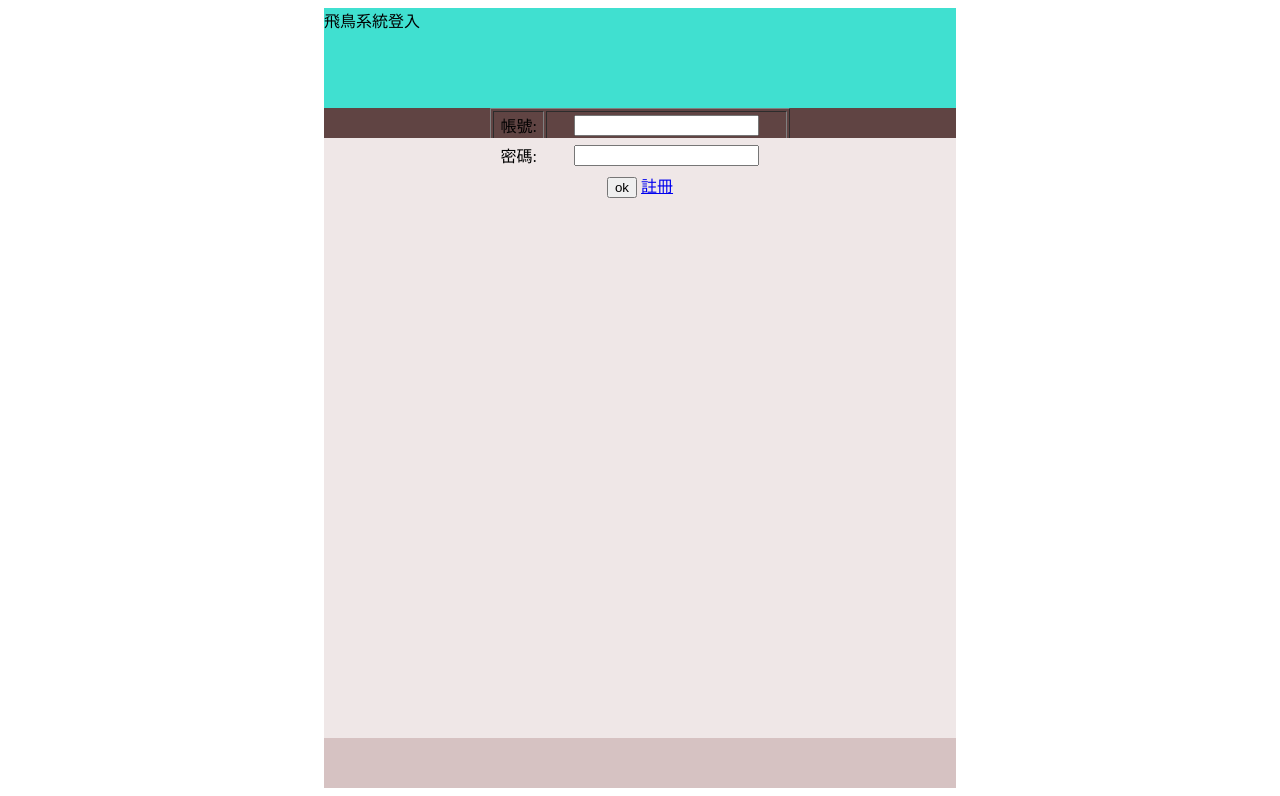
Repository: pride0420/portfolio
Page: Portfolio/1_springBoot/src/main/resources/static/index.html
The author's editor kept a copy of each file at every save. The page is drawn from the files as they stood at one save, then again after the next save.
The browser window is 1280 px wide. The pictures show the whole page.

Above is the page before, as saved 2023-11-30 14:22:12.

After the next save:
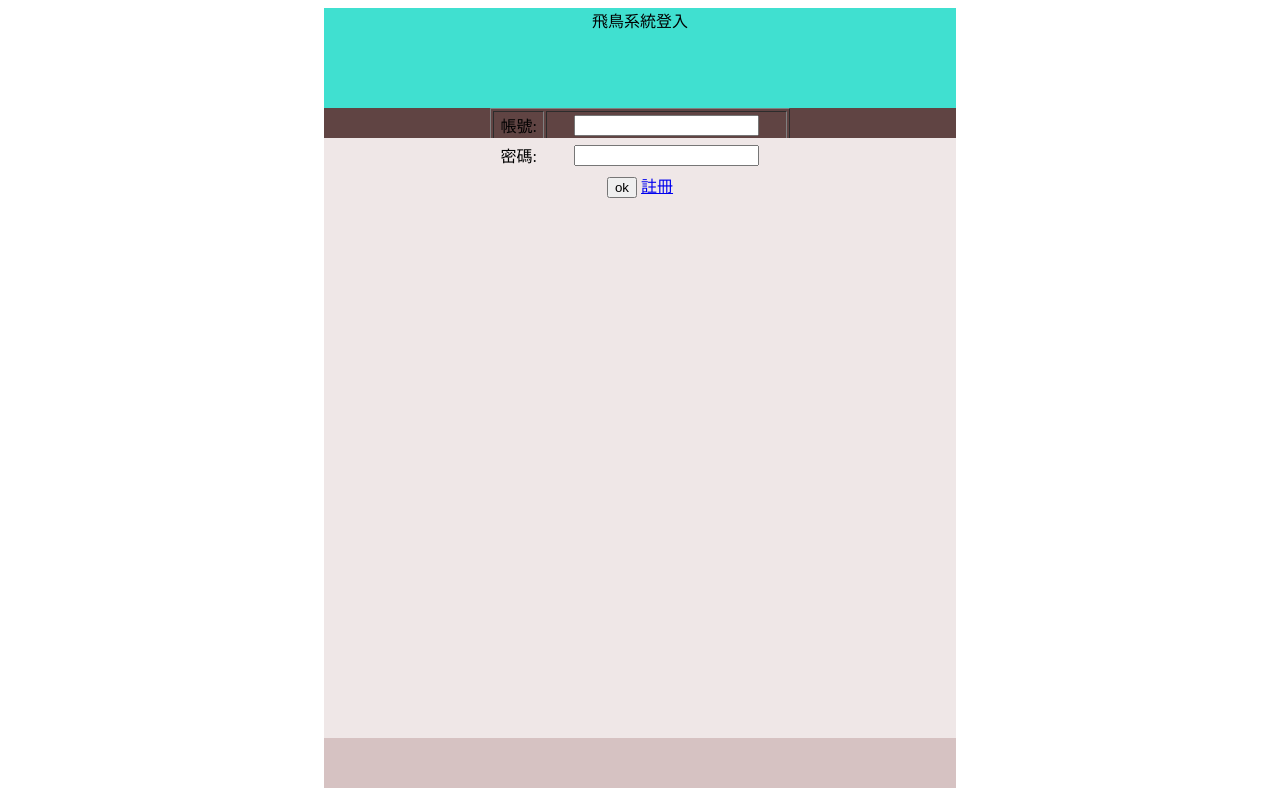
Saved 22 s later.
--- a/Portfolio/1_springBoot/src/main/resources/static/index.html
+++ b/Portfolio/1_springBoot/src/main/resources/static/index.html
@@ -7,7 +7,8 @@
 </head>
 <body>
 <form action="login" method="post">
-<div id="header">飛鳥系統登入</div>
+<div id="header" align="center
+">飛鳥系統登入</div>
 	<div id="navigater"><table align="center" border="1" width=300>
 		<tr align="center">
 			<td>帳號:</td>
